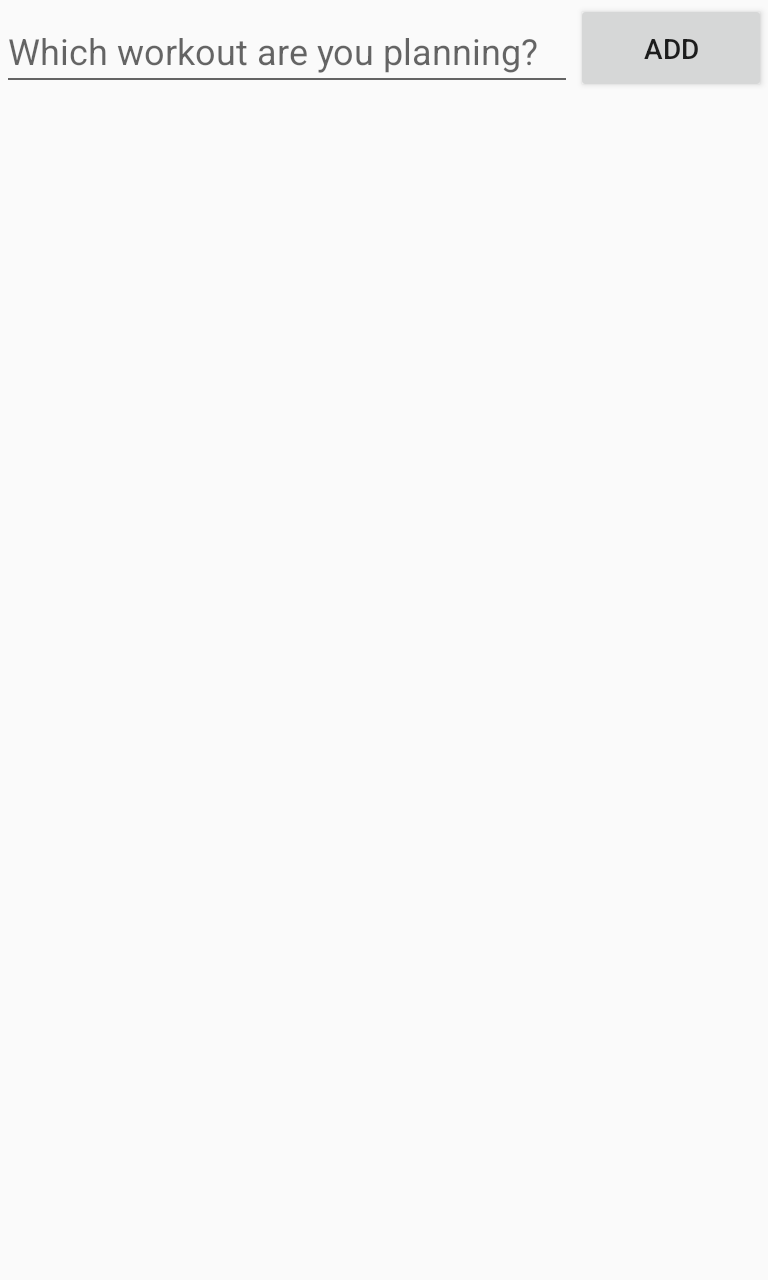
Repository: apoorvelec/AndroidApps
Layout: Gymdroid/res/layout/activity_monday.xml
The author's editor kept a copy of each file at every save. The layout is drawn from the files as they stood at one save, then again after the next save.
It is drawn on a 768 x 1280 px phone screen (xhdpi) without system bars, with theme AppTheme; the app's code is not run.

Above is the layout before, as saved 2016-07-16 23:56:26.

After the next save:
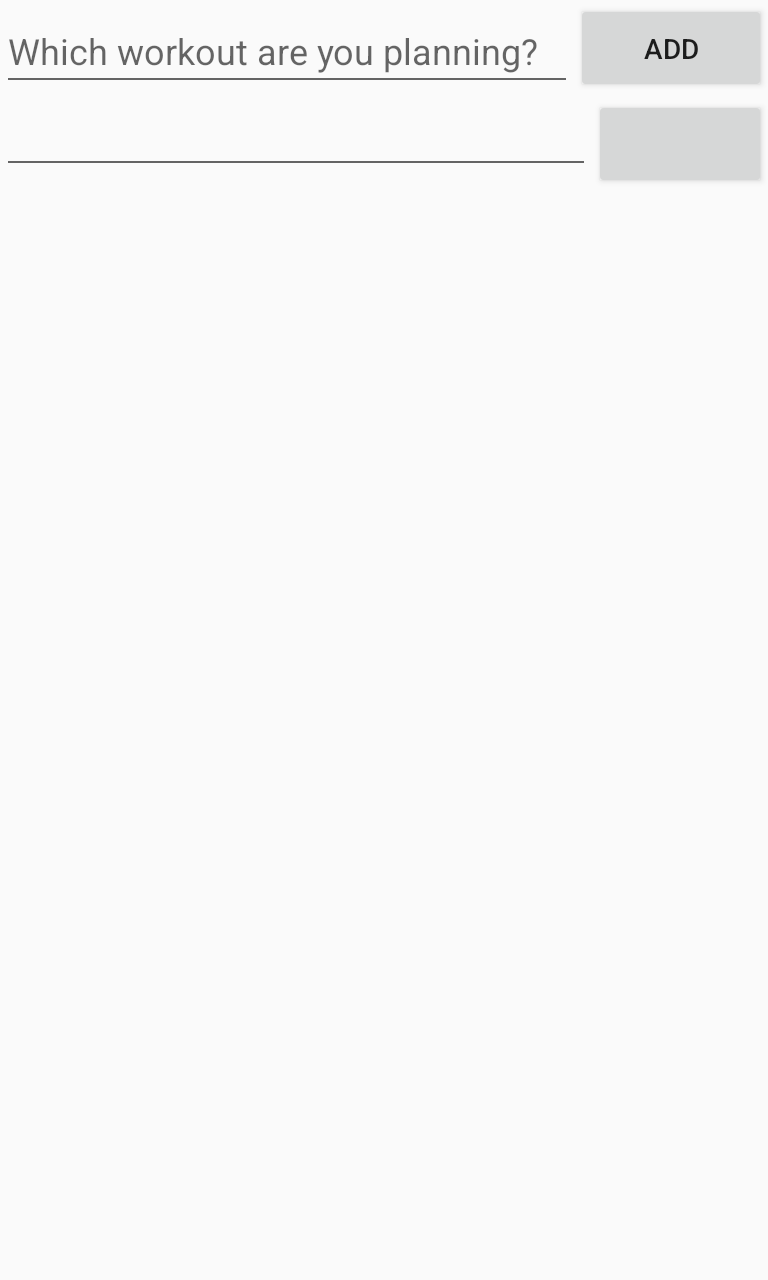
Saved 2 min 31 s later.
--- a/Gymdroid/res/layout/activity_monday.xml
+++ b/Gymdroid/res/layout/activity_monday.xml
@@ -25,6 +25,22 @@
     	    />
     </LinearLayout>
 
+    <LinearLayout
+        android:layout_width="fill_parent"
+        android:layout_height="wrap_content"
+        android:orientation="horizontal">
+    <EditText android:text="@+id/EditText01"
+    android:id="@+id/EditText01"
+    android:layout_height="wrap_content"
+    android:layout_weight="1"
+    android:layout_width="fill_parent">
+</EditText>
+<Button android:text="@+id/Button01"
+    android:id="@+id/Button01"
+    android:layout_width="wrap_content"
+    android:layout_height="wrap_content">
+</Button>
 
+    </LinearLayout>
 
 </LinearLayout>
